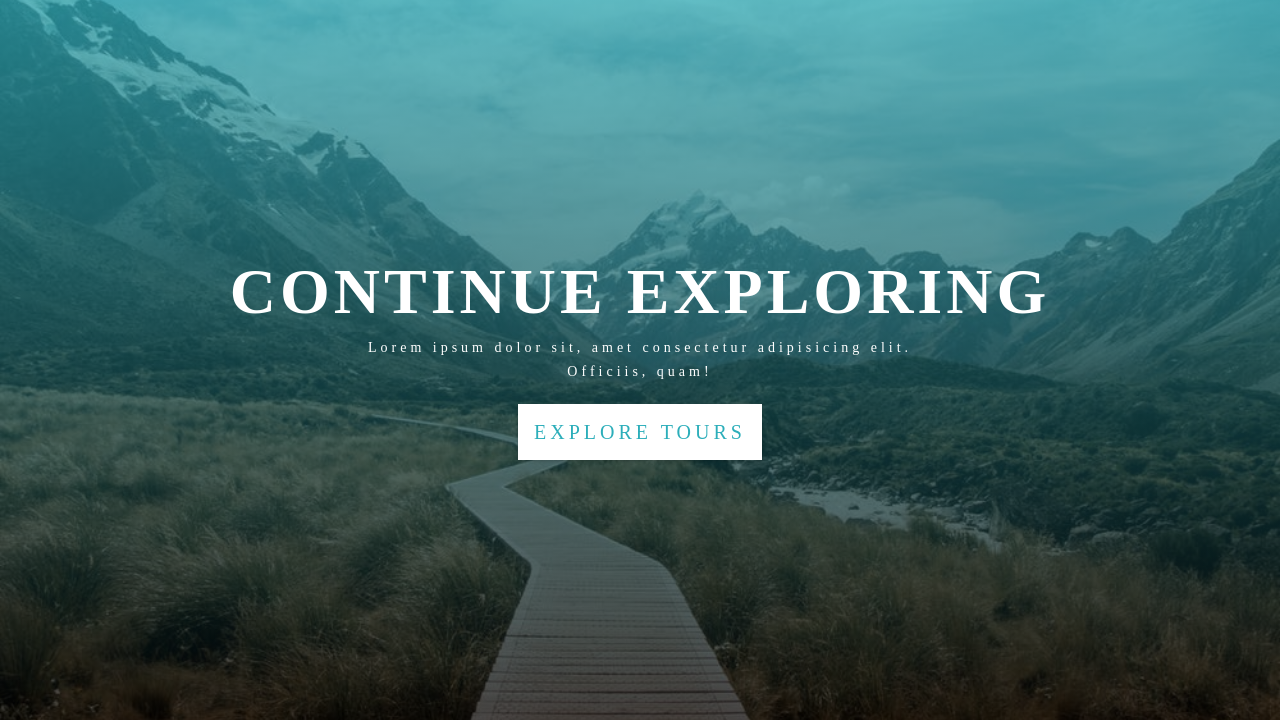
Repository: Ndifoinhilary/flexbox-project
Page: index.html
These files come from the project's save history. The page is drawn as it stood at one moment and after the next save; the edit follows.
The browser window is 1280 px wide. The pictures show the whole page.

Above is the page before, as saved 2024-01-18 14:36:46.

### index.html
<!DOCTYPE html>
<html lang="en">
  <head>
    <meta charset="UTF-8" />
    <meta name="viewport" content="width=device-width, initial-scale=1.0" />
    <meta http-equiv="X-UA-Compatible" content="ie=edge" />
    <title>Backroads || Tour Company</title>
    <!-- favicon -->
    <link rel="shortcut icon" href="./images/favicon.ico" type="image/x-icon" />
    <!-- font-awesome -->
    <link rel="stylesheet" href="fontawesome-free-5.9.0-web/css/all.min.css" />
    <!-- styles css -->
    <link rel="stylesheet" href="./css/main.css" />
  </head>
  <body>
    <header id="home">
      <!-- nav bar -->
      <!-- end of nav bar -->
  <!-- hero section  -->
  <div class="hero">
    <div class="hero-banner">
      <h1>continue exploring</h1>
      <p>Lorem ipsum dolor sit, amet consectetur adipisicing elit. Officiis, quam!</p>
      <a href="#feature" class="btn hero-btn scroll-link ">explore tours</a>
    </div>
  </div>
   <!-- end of hero section  -->
    </header>

  </body>
</html>

### css/main.css
@import url("https://fonts.googleapis.com/css?family=Lato:300,400|Poppins&display=swap");
/* css variables */
:root {
    --clr-primary-1:hsl(184, 91%, 17%);
    --clr-primary-2:hsl(185, 84%, 25%);
    --clr-primary-3:hsl(185, 81%, 29%);
    --clr-primary-4:hsl(184, 77%, 34%);
    --clr-primary-5:hsl(185, 62%, 45%);
    --clr-primary-6:hsl(185, 57%, 50%);
    --clr-primary-7:hsl(184, 65%, 59%);
    --clr-primary-8:hsl(184, 80%, 74%);
    --clr-primary-9:hsl(185, 94%, 84%);
    --clr-primary-100:hsl(186, 100%, 94%);
    /* dark grey */
    --clr-grey-1:hsl(209, 61%, 16%);
    --clr-grey-2:hsl(211, 39%, 23%);
    --clr-grey-3:hsl(209, 34%, 30%);
    --clr-grey-4:hsl(209, 28%, 39%);
    --clr-grey-5:hsl(210, 22%, 49%);
    --clr-grey-6:hsl(209, 23%, 60%);
    --clr-grey-7:hsl(211, 27%, 70%);
    --clr-grey-8:hsl(210, 31%, 80%);
    --clr-grey-9:hsl(212, 33%, 89%);
    --clr-grey-10:hsl(210, 36%, 96%);
     --clr-White: #fff;
  --ff-primary:"Lato" sans-serif ;
  --offWhite: #f7f7f7;
  --mainBlack: #222;
  --mainGrey: #ececec;
  --darkGrey: #afafaf;
  --transition: all 0.3s linear;
  --spacing: 0.25rem;
  --radius:0.5rem;
  --light-shadow: 0px 5px 15px rgba(0, 0, 0, 0.1);
  --darkShadow: 0px 5px 15px rgba(0, 0, 0, 0.2);
}


/* css global variables */

*{
  margin: 0;
  padding: 0;
  box-sizing: border-box;
}

body{
  font-family: var(--ff-primary);
  background: var(--clr-White);
  color: var(--clr-grey-1);
  line-height: 1.5rem;
  font-size: 0.875rem;
}

ul{
  list-style-type: none;

}

a{
  text-decoration: none;
}


img{
  width:100px;
  display: block;
}

h1,h2,h3,h4{
  letter-spacing: var(--spacing);
  text-transform: capitalize;
  line-height: 1.25rem;
  margin-bottom:0.75rem ;
}

h1{
  font-size: 3rem;
}
h2{
  font-size: 2rem;
}
h3{
  font-size: 2rem;
}
h4{
  font-size: 0.875rem;
}

p{
  margin-bottom: 1.25rem;
  color: var(--clr-grey-5);
}

@media screen and (min-width:800px) {
  h1{
    font-size: 4rem;
  }
  h2{
    font-size: 2.5rem;
  }
  h3{
    font-size:1.75rem;
  }
  h4{
    font-size: 1rem;
  }
  bod{
    font-size: 1rem;
  }
  h1,h2,h3,h4{
    line-height: 1;
  }
}



.btn{
  text-transform: uppercase;
  background: var(--clr-primary-5);
  letter-spacing: var(--spacing);
  color: var(--clr-White);
  border: 2px solid var(--clr-White);
  padding: 0.375rem 0.75rem;
  display: inline-block;
  transition: var(--transition);
  cursor: pointer;
  -webkit-transition: var(--transition);
  -moz-transition: var(--transition);
  -ms-transition: var(--transition);
  -o-transition: var(--transition);
  font-size: 0.875rem;
  border: 2px solid transparent;
  box-shadow: 0px 1px 3px rgba(0, 0, 0, 0.2);
}


.btn:hover{
  color: var(--clr-primary-1);
  background: var(--clr-primary-8);
}



/* hero */

.hero{
  min-height: 100vh;
  background: var(--clr-primary-5);
  display: flex;
  justify-content: center;
  align-items: center;
}
.hero-banner{
  text-align: center;
  color: var(--clr-White);
  padding: 0 3rem;
}
.hero-banner h1{
  text-transform: uppercase;
}

.hero-banner p{
  max-width: 35rem;
  margin-left: auto;
  margin-right: auto;
  color: var(--clr-White);
  letter-spacing: var(--spacing);
}

.hero-btn{
  padding: 0.9rem;
  font-size: 1.25rem;
  background: var(--clr-White);
  color: var(--clr-primary-5);
}
.hero-btn:hover{
  background: transparent;
  color: var(--clr-White);
  border-color: var(--clr-White);
}
@media screen and (min-width:768px) {
  .hero{
    background:linear-gradient(rgb(44,174,186,0.7), rgb(0,0,0,0.7)) ,url('../images/main.jpeg') center/cover no-repeat;
  }

}
/* end of hero */

Loaded but not shown: fontawesome-free-5.9.0-web/css/all.min.css (library)

After the next save:
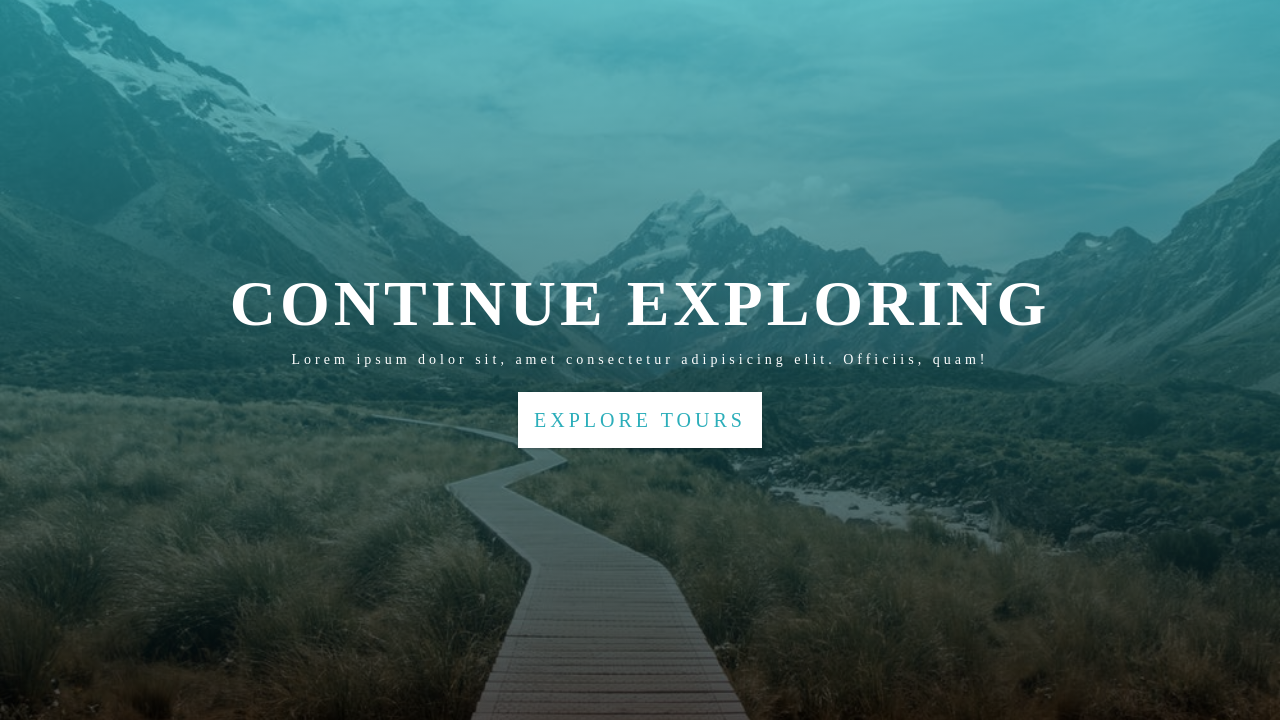
Saved 2 min 41 s later.
--- a/css/main.css
+++ b/css/main.css
@@ -183,6 +183,12 @@ p{
   .hero{
     background:linear-gradient(rgb(44,174,186,0.7), rgb(0,0,0,0.7)) ,url('../images/main.jpeg') center/cover no-repeat;
   }
+.hero-banner{
+  padding: 0;
+}
+  .hero-banner p{
+    max-width: 45rem;
+  }
 
 }
 /* end of hero */
